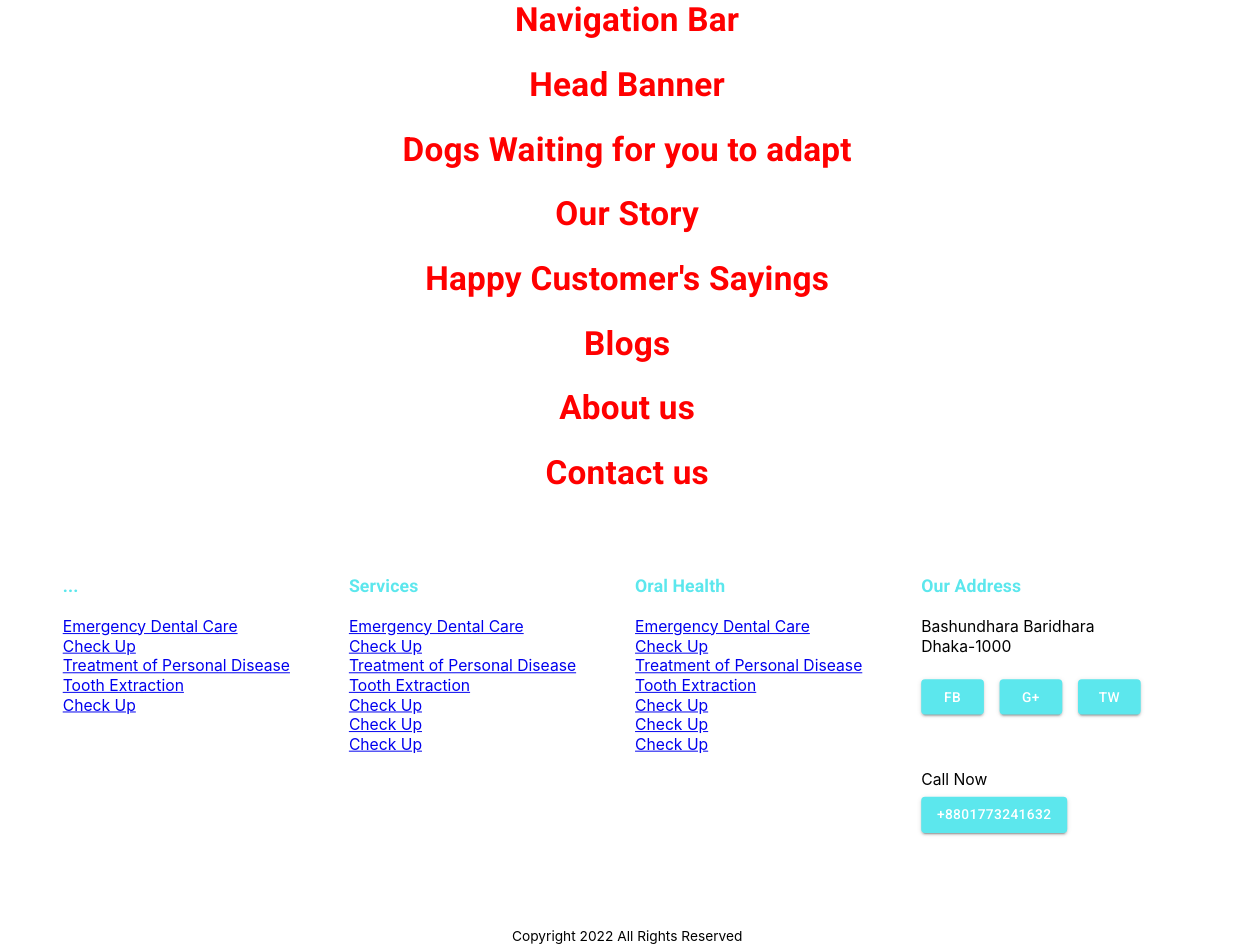
Repository: Sharif-00112/dogos-paradise-client
Page: /
The author's editor kept a copy of each file at every save. The page is drawn from the files as they stood at one save, then again after the next save.
The browser window is 1280 px wide. The pictures show the whole page, at 98% of full size.
The project was rebuilt for these pictures with package versions that can differ from the ones it lists, and the page was loaded fresh each time. Also part of the build but not shown: src/Pages/Login/Login/Login.js, src/Pages/Login/Register/Register.js, src/Pages/NotFound/NotFound.js.

Above is the page before, as saved 2022-11-30 22:19:10.

After the next save:
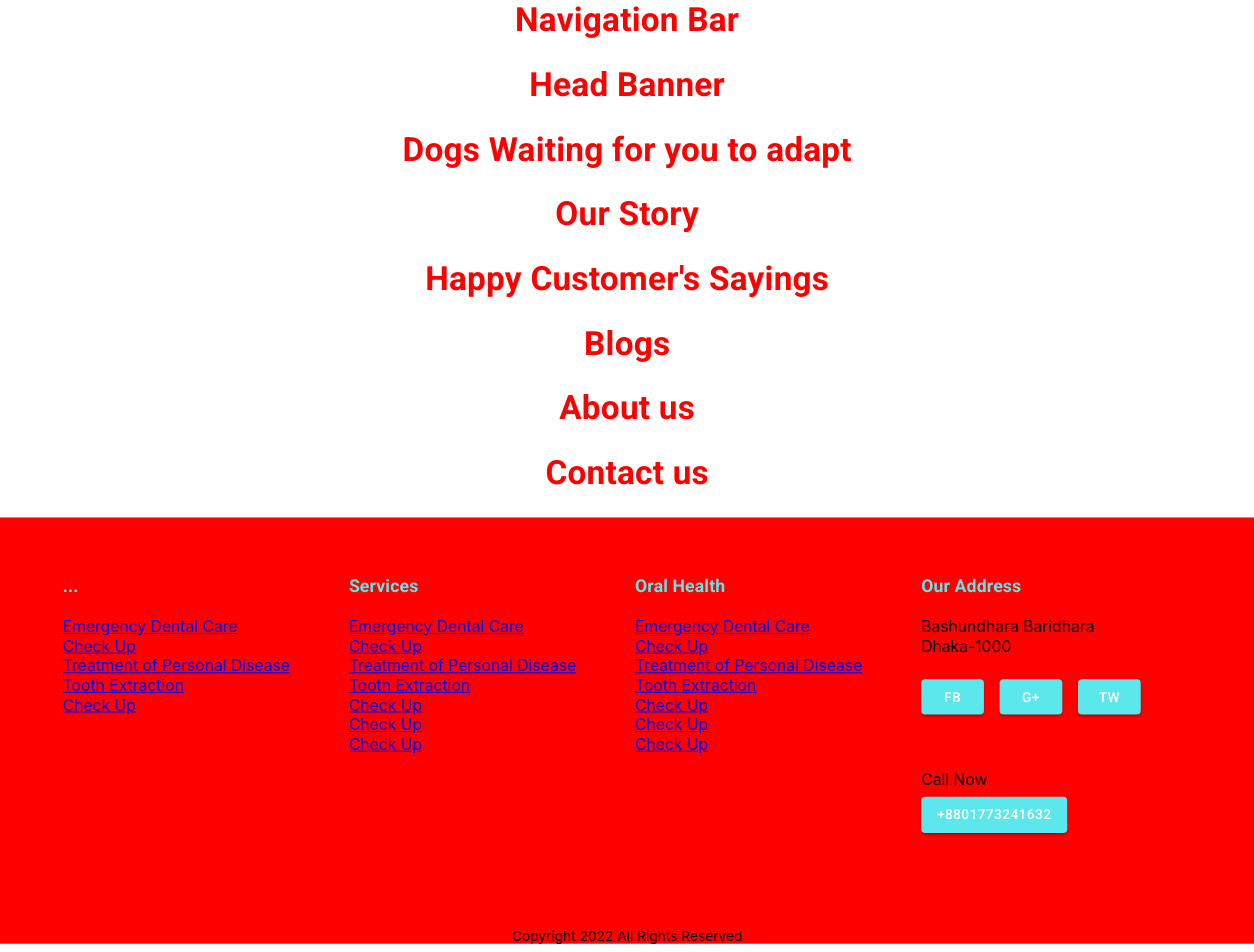
Saved 119 s later.
--- a/src/Pages/Shared/Footer/Footer.js
+++ b/src/Pages/Shared/Footer/Footer.js
@@ -15,7 +15,7 @@ const Footer = () => {
         //     </Typography>
         // </div>
 
-        <div style={{}}>
+        <div style={{ backgroundColor: 'red' }}>
         <Container sx={{ py: 5 }}>
             <Box sx={{ flexGrow: 1 }}>
                 <Grid container spacing={2}>
